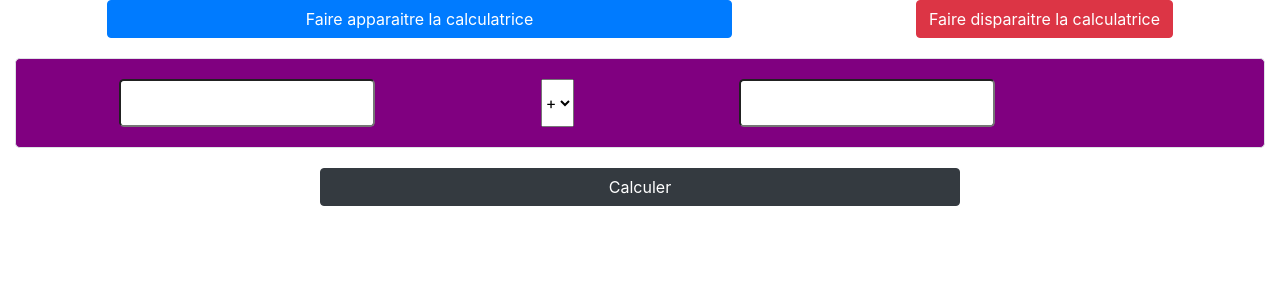
Repository: julieLyM/calculatrice
Page: calculatrice.html
The author's editor kept a copy of each file at every save. The page is drawn from the files as they stood at one save, then again after the next save.
The browser window is 1280 px wide. The pictures show the whole page.

Above is the page before, as saved 2020-12-08 15:27:35.

After the next save:
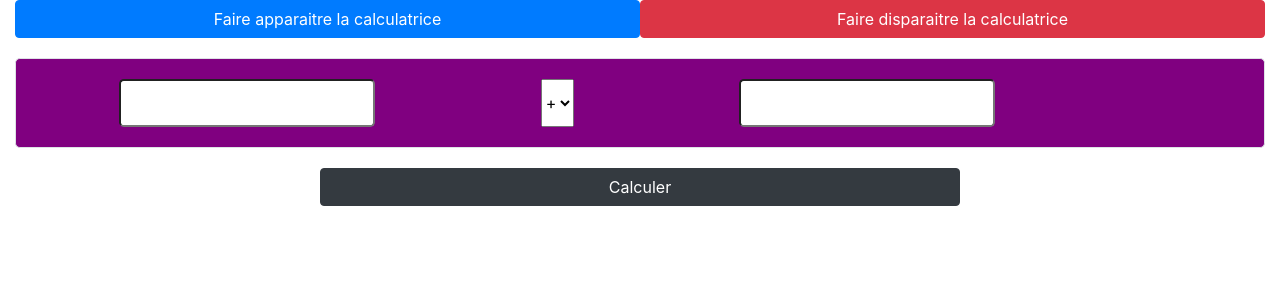
Saved 4 s later.
--- a/calculatrice.html
+++ b/calculatrice.html
@@ -13,7 +13,7 @@
           <button class="btn btn-primary w-50" id="appear">
             Faire apparaitre la calculatrice
           </button>
-          <button class="btn btn-danger" id="disapear">
+          <button class="btn btn-danger w-50" id="disapear">
             Faire disparaitre la calculatrice
           </button>
         </div>

After the save that followed:
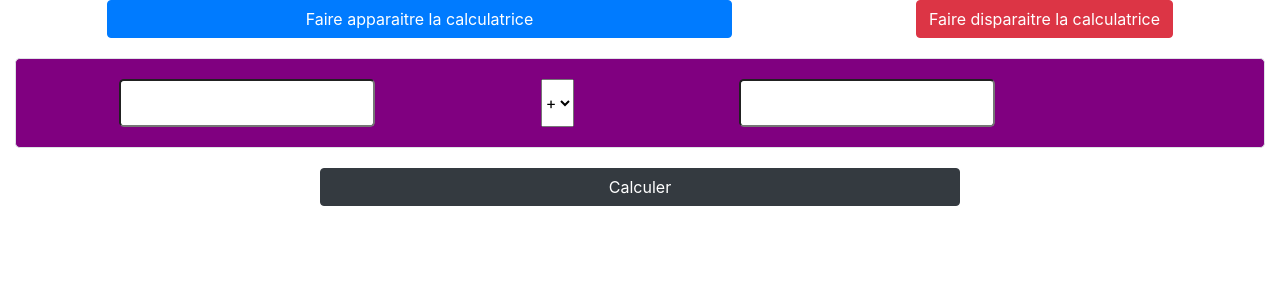
Saved 27 s later.
--- a/calculatrice.html
+++ b/calculatrice.html
@@ -13,7 +13,7 @@
           <button class="btn btn-primary w-50" id="appear">
             Faire apparaitre la calculatrice
           </button>
-          <button class="btn btn-danger w-50" id="disapear">
+          <button class="btn btn-danger" id="disapear">
             Faire disparaitre la calculatrice
           </button>
         </div>
